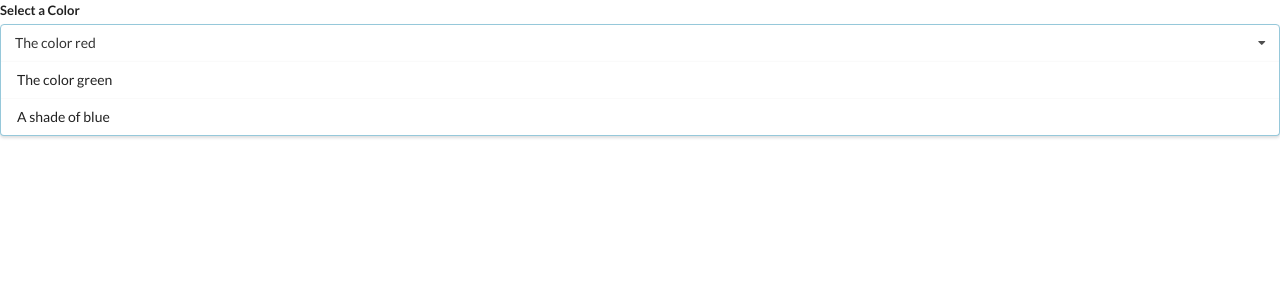
Repository: DaveBaulch/react-course-widgets
Page: /
These files come from the project's save history. The page is drawn as it stood at one moment and after a run of saves; the edit follows.
The browser window is 1280 px wide. The pictures show the whole page.
The project was rebuilt for these pictures with package versions that can differ from the ones it lists, and the page was loaded fresh each time.

Above is the page before, as saved 2020-12-06 14:05:59.

### src/App.js
import React, { useState } from 'react';
// import Accordion from './components/Accordion';
// import Search from './components/Search';
import Dropdown from './components/Dropdown';

// const items = [
//   {
//     title: 'What is React?',
//     content: 'React is a front end javascript framework'
//   },
//   {
//     title: 'Why use React?',
//     content: 'React is favorite JS library among engineers'
//   },
//   {
//     title: 'How do you use React?',
//     content: 'You use React by creating components'
//   }
// ];

const options = [
  {
    label: 'The color red',
    value: 'red'
  },
  {
    label: 'The color green',
    value: 'green'
  },
  {
    label: 'A shade of blue',
    value: 'blue'
  }
];

export default () => {
  const [selected, setSelected] = useState(options[0]);

  return (
    <div>
      {/*{<Accordion items={items} />
      <Search />*/}
      <Dropdown
        selected={selected}
        onSelectedChange={setSelected}
        options={options}
      />
    </div>
  );
};

### src/components/Dropdown.js
import React from 'react';

const Dropdown = ({ options, selected, onSelectedChange }) => {
  const renderedOptions = options.map((option) => {
    if (option.value === selected.value) {
      return null;
    }

    return (
      <div
        key={option.value}
        className="item"
        onClick={() => onSelectedChange(option)}
      >
        {option.label}
      </div>
    );
  });

  return (
    <div className="ui form">
      <div className="field">
        <label className="label">Select a Color</label>
        <div className="ui selection dropdown visible active">
          <i className="dropdown icon"></i>
          <div className="text">{selected.label}</div>
          <div className="menu visible transition">{renderedOptions}</div>
        </div>
      </div>
    </div>
  );
};

export default Dropdown;

Loaded but not shown: public/index.html (common file); src/index.js (common file)

After the next 2 saves:
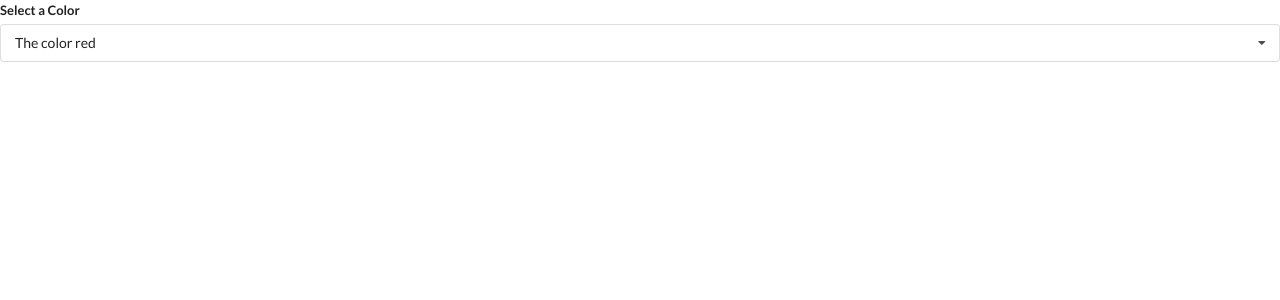
The 2 saves are shown as one change because they came seconds apart.
The last was saved 2 min 54 s later.
--- a/src/components/Dropdown.js
+++ b/src/components/Dropdown.js
@@ -21,10 +21,10 @@
     <div className="ui form">
       <div className="field">
         <label className="label">Select a Color</label>
-        <div className="ui selection dropdown visible active">
+        <div className="ui selection dropdown">
           <i className="dropdown icon"></i>
           <div className="text">{selected.label}</div>
-          <div className="menu visible transition">{renderedOptions}</div>
+          <div className="menu">{renderedOptions}</div>
         </div>
       </div>
     </div>

After the save that followed:
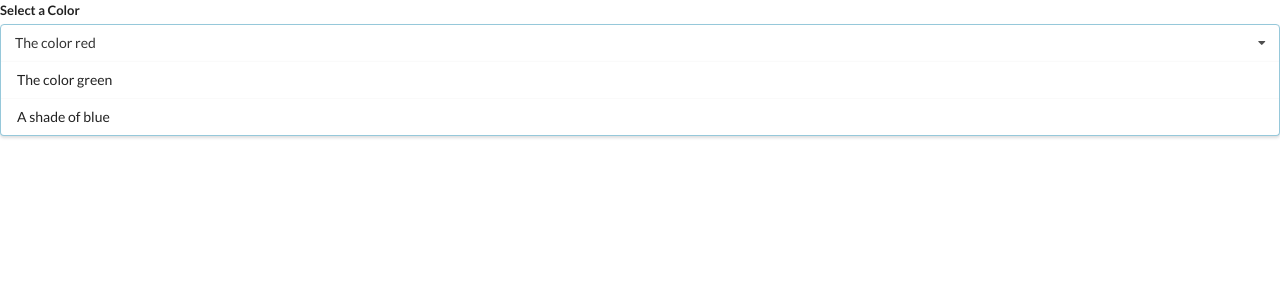
Saved 10 s later.
--- a/src/components/Dropdown.js
+++ b/src/components/Dropdown.js
@@ -21,10 +21,10 @@
     <div className="ui form">
       <div className="field">
         <label className="label">Select a Color</label>
-        <div className="ui selection dropdown">
+        <div className="ui selection dropdown visible active">
           <i className="dropdown icon"></i>
           <div className="text">{selected.label}</div>
-          <div className="menu">{renderedOptions}</div>
+          <div className="menu visible transition">{renderedOptions}</div>
         </div>
       </div>
     </div>
